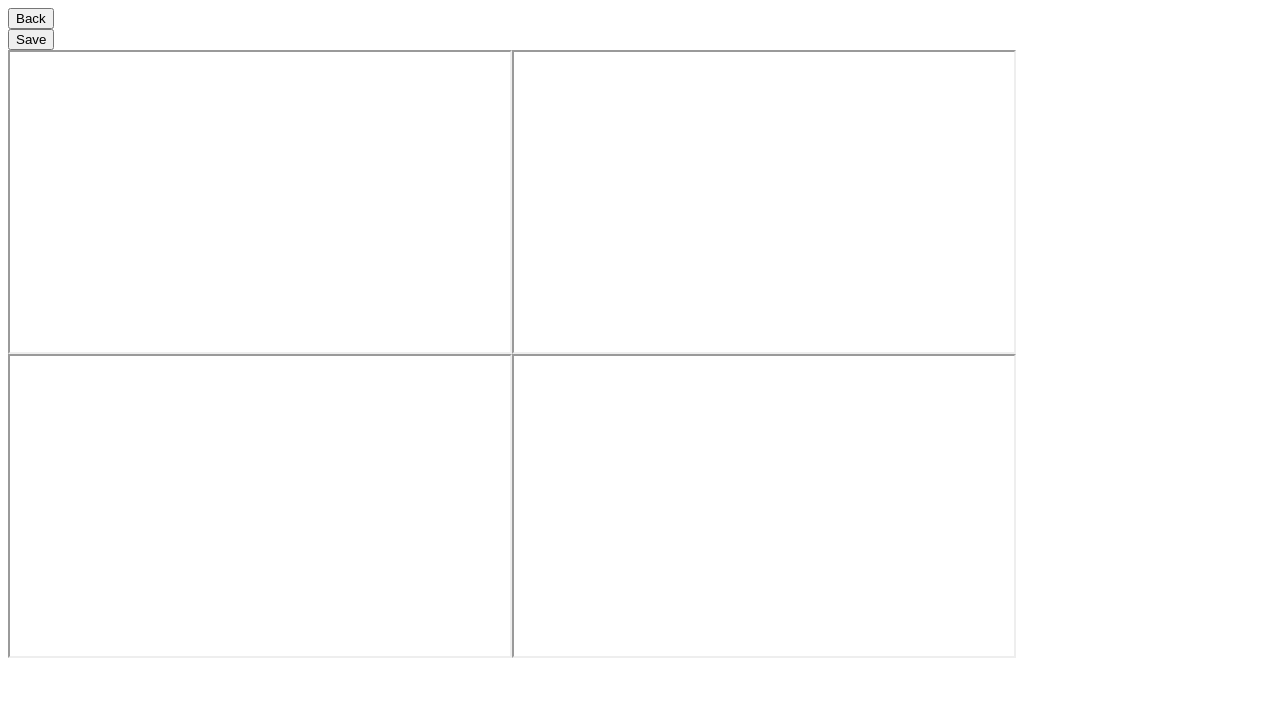
Repository: jamodi/git-tutorial
Page: http://localhost/com.sd.service1/customization1.jsp
These files come from the project's save history. The page is drawn as it stood at one moment and after the next save; the edit follows.
The browser window is 1280 px wide. The pictures show the whole page.
The page is served by Tomcat 9. Other server files are loaded and not shown.

Above is the page before, as saved 2014-05-02 23:08:16.

### SD Project/com.sd.service1/WebContent/customization1.jsp


<!DOCTYPE html PUBLIC "-//W3C//DTD HTML 4.01 Transitional//EN" "http://www.w3.org/TR/html4/loose.dtd">
<%@ taglib uri="http://java.sun.com/jsp/jstl/core" prefix="c"%>

<html>
<head>
<meta http-equiv="Content-Type" content="text/html; charset=ISO-8859-1">
<title>User Personalized Desktop</title>
</head>
<body>


	<form name=TemperatureConversion method="POST"
		action="/com.sd.service1/workflow.jsp">
		 <input type="submit" value="Back"><br>
	</form>
	<form name=TemperatureConversion method="POST"
		action="/com.sd.service1/saveService.jsp">
		<input type="hidden" name="tenantid" value="${param.tenantid}">

		<input type="hidden" name="id1" value="${param.temp1}"> <input
			type="hidden" name="id2" value="${param.temp2}"> <input
			type="hidden" name="id3" value="${param.temp3}"> <input
			type="hidden" name="id4" value="${param.temp4}">
			 <input type="hidden" name="color1" value="${param.colorMenu1}"> <input
			type="hidden" name="color2" value="${param.colorMenu2}"> <input
			type="hidden" name="color3" value="${param.colorMenu3}"> <input
			type="hidden" name="color4" value="${param.colorMenu4}">
		<input type="submit" value="Save"><br>
	</form>
	<c:set var="service1" scope="session" value="${param.temp1}" />
	<c:choose>
		<c:when test="${service1 == 1}">
			<c:set var="src1" scope="session"
				value="http://localhost:8080/com.sd.service1/AddCelsius.jsp" />
		</c:when>
		<c:when test="${service1 == 2}">
			<c:set var="src1" scope="session"
				value="http://localhost:8080/com.sd.service1/AddFahrenheit.jsp" />
		</c:when>
		<c:when test="${service1 == 3}">
			<c:set var="src1" scope="session"
				value="http://localhost:8080/com.sd.service1/bmi.jsp" />
		</c:when>
		<c:when test="${service1 == 4}">
			<c:set var="src1" scope="session"
				value="http://localhost:8080/com.sd.service1/Date&Time.jsp" />
		</c:when>
		<c:when test="${service1 == 5}">
			<c:set var="src1" scope="session"
				value="http://localhost:8080/com.sd.service1/Calculator.jsp" />
		</c:when>
		<c:otherwise>
			<c:set var="src1" scope="session"
				value="http://localhost:8080/com.sd.service1/Blank.html" />
		</c:otherwise>
	</c:choose>

	<c:set var="service2" scope="session" value="${param.temp2}" />
	<c:choose>
		<c:when test="${service2 == 1}">
			<c:set var="src2" scope="session"
				value="http://localhost:8080/com.sd.service1/AddCelsius.jsp" />
		</c:when>
		<c:when test="${service2 == 2}">
			<c:set var="src2" scope="session"
				value="http://localhost:8080/com.sd.service1/AddFahrenheit.jsp" />
		</c:when>
		<c:when test="${service2 == 3}">
			<c:set var="src2" scope="session"
				value="http://localhost:8080/com.sd.service1/bmi.jsp" />
		</c:when>
		<c:when test="${service2 == 4}">
			<c:set var="src2" scope="session"
				value="http://localhost:8080/com.sd.service1/Date&Time.jsp" />
		</c:when>
		<c:when test="${service2 == 5}">
			<c:set var="src2" scope="session"
				value="http://localhost:8080/com.sd.service1/Calculator.jsp" />
		</c:when>
		<c:otherwise>
			<c:set var="src2" scope="session"
				value="http://localhost:8080/com.sd.service1/Blank.html" />
		</c:otherwise>
	</c:choose>

	<c:set var="service3" scope="session" value="${param.temp3}" />
	<c:choose>
		<c:when test="${service3 == 1}">
			<c:set var="src3" scope="session"
				value="http://localhost:8080/com.sd.service1/AddCelsius.jsp" />
		</c:when>
		<c:when test="${service3 == 2}">
			<c:set var="src3" scope="session"
				value="http://localhost:8080/com.sd.service1/AddFahrenheit.jsp" />
		</c:when>
		<c:when test="${service3 == 3}">
			<c:set var="src3" scope="session"
				value="http://localhost:8080/com.sd.service1/bmi.jsp" />
		</c:when>
		<c:when test="${service3 == 4}">
			<c:set var="src3" scope="session"
				value="http://localhost:8080/com.sd.service1/Date&Time.jsp" />
		</c:when>
		<c:when test="${service3 == 5}">
			<c:set var="src3" scope="session"
				value="http://localhost:8080/com.sd.service1/Calculator.jsp" />
		</c:when>
		<c:otherwise>
			<c:set var="src3" scope="session"
				value="http://localhost:8080/com.sd.service1/Blank.html" />
		</c:otherwise>
	</c:choose>

	<c:set var="service4" scope="session" value="${param.temp4}" />
	<c:choose>
		<c:when test="${service4 == 1}">
			<c:set var="src4" scope="session"
				value="http://localhost:8080/com.sd.service1/AddCelsius.jsp" />
		</c:when>
		<c:when test="${service4 == 2}">
			<c:set var="src4" scope="session"
				value="http://localhost:8080/com.sd.service1/AddFahrenheit.jsp" />
		</c:when>
		<c:when test="${service4 == 3}">
			<c:set var="src4" scope="session"
				value="http://localhost:8080/com.sd.service1/bmi.jsp" />
		</c:when>
		<c:when test="${service4 == 4}">
			<c:set var="src4" scope="session"
				value="http://localhost:8080/com.sd.service1/Date&Time.jsp" />
		</c:when>
		<c:when test="${service4 == 5}">
			<c:set var="src4" scope="session"
				value="http://localhost:8080/com.sd.service1/Calculator.jsp" />
		</c:when>
		<c:otherwise>
			<c:set var="src4" scope="session"
				value="http://localhost:8080/com.sd.service1/Blank.html" />
		</c:otherwise>
	</c:choose>

	<iframe style="background-color: ${param.colorMenu1};" src="${src1}"
		height="300" width="500" align="left"></iframe>
	<iframe style="background-color: ${param.colorMenu2};" src="${src2}"
		height="300" width="500" align="left"></iframe>
	<iframe style="background-color: ${param.colorMenu3};" src="${src3}"
		height="300" width="500" align="left"></iframe>
	<iframe style="background-color: ${param.colorMenu4};" src="${src4}"
		height="300" width="500" align="left"></iframe>



</body>
</html>

Loaded but not shown: SD Project/com.sd.service1/WebContent/Blank.html (common file)

After the next save:
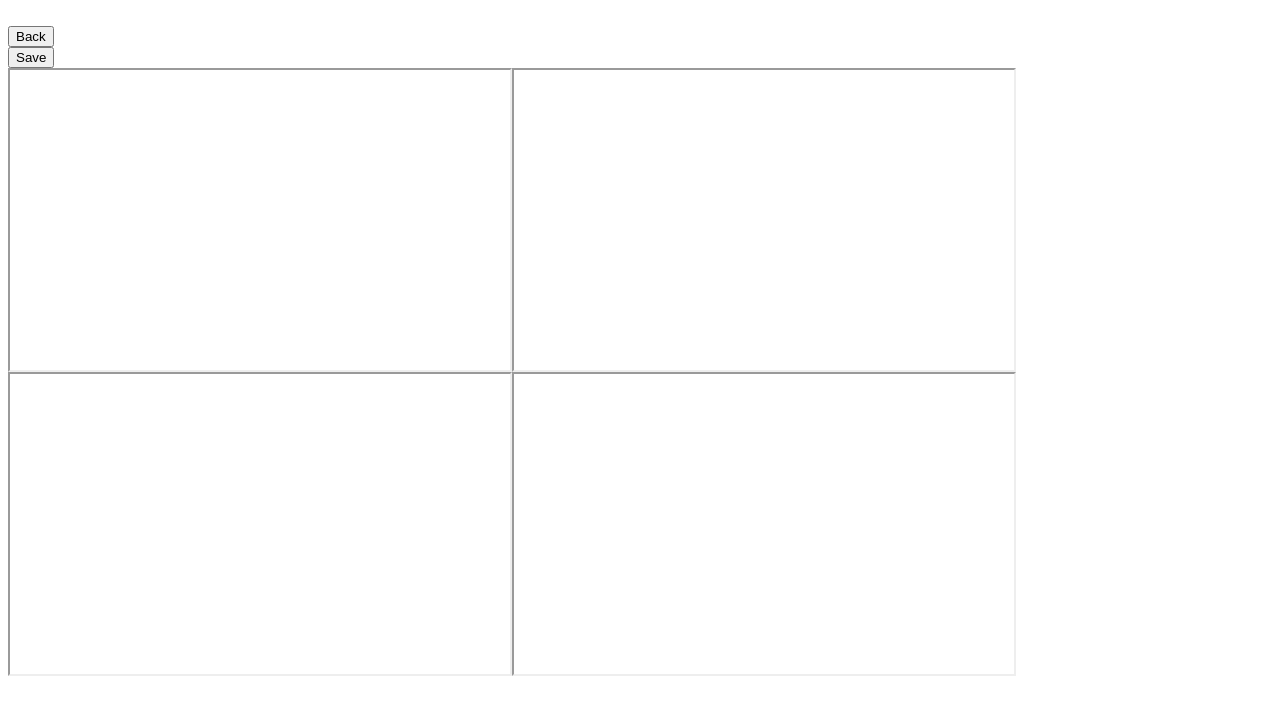
Saved 38 s later.
--- a/SD Project/com.sd.service1/WebContent/customization1.jsp
+++ b/SD Project/com.sd.service1/WebContent/customization1.jsp
@@ -13,7 +13,7 @@
 
 	<form name=TemperatureConversion method="POST"
 		action="/com.sd.service1/workflow.jsp">
-		 <input type="submit" value="Back"><br>
+		 <br><input type="submit" value="Back"><br>
 	</form>
 	<form name=TemperatureConversion method="POST"
 		action="/com.sd.service1/saveService.jsp">
